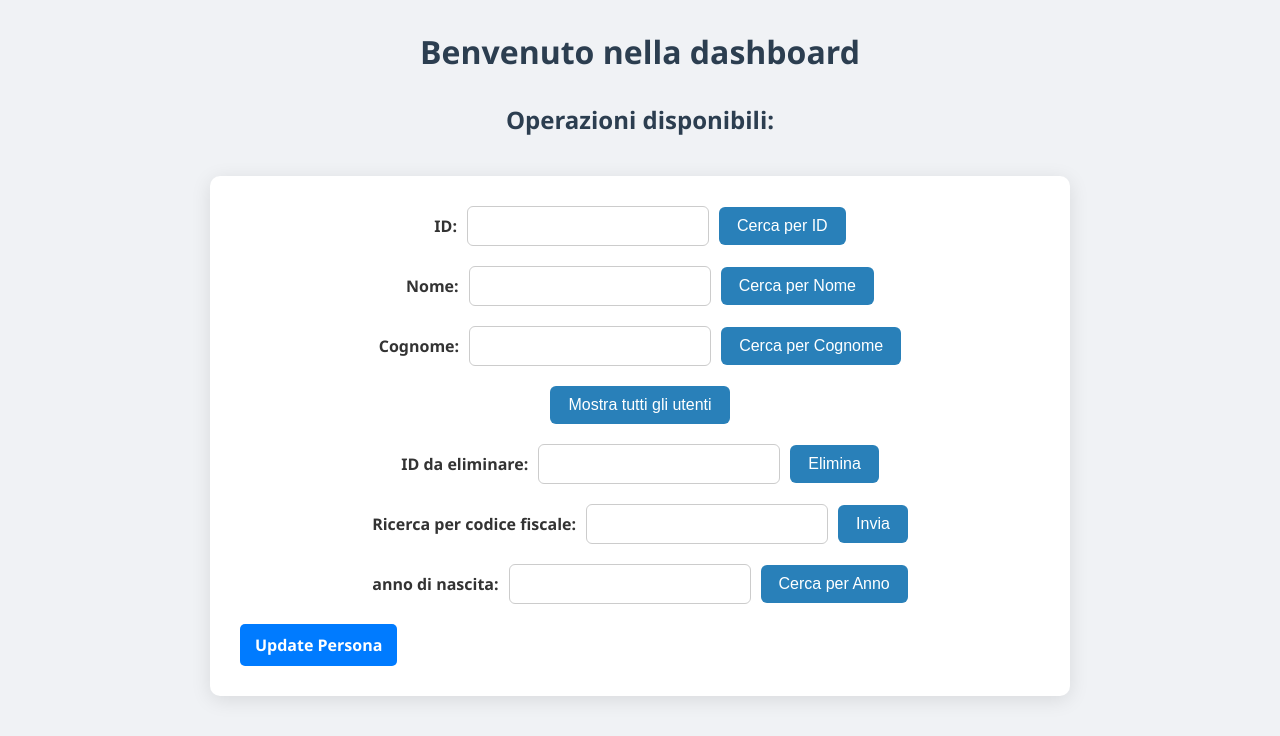
Repository: PcarloP/java_se
Page: http://localhost/anagraficaweb/dashboard.jsp
The author's editor kept a copy of each file at every save. The page is drawn from the files as they stood at one save, then again after the next save.
The browser window is 1280 px wide. The pictures show the whole page.
The page is served by Tomcat 10. Other server files are loaded and not shown.

Above is the page before, as saved 2025-06-22 19:00:10.

### anagraficaweb/WebContent/dashboard.jsp
<%@ page language="java" contentType="text/html; charset=UTF-8"%>
<!DOCTYPE html>
<html lang="it">
<head>
<meta charset="UTF-8">
<title>Dashboard</title>
<link rel="stylesheet"
	href="<%=request.getContextPath()%>/dashboard.css">
</head>

<body>
	<h1>Benvenuto nella dashboard</h1>
	<h2>Operazioni disponibili:</h2>


	<div class="forms-container">
		<!-- chiamata alla servlet del metodo  findById con metodo GET-->
		<form action="<%=request.getContextPath() + "/findById"%>"
			method="get">
			<label>ID:</label> <input type="text" name="id" required />
			<button type="submit">Cerca per ID</button>
		</form>


		<!-- chiamata alla servlet del metodo  findByNome con metodo GET-->
		<form action="<%=request.getContextPath() + "/findByNome"%>"
			method="get">
			<label>Nome:</label> <input type="text" name="nome" required />
			<button type="submit">Cerca per Nome</button>
		</form>


		<!-- chiamata alla servlet del metodo  findByCognome con metodo GET -->
		<form action="<%=request.getContextPath() + "/findByCognome"%>"
			method="get">
			<label>Cognome:</label> <input type="text" name="cognome" required />
			<button type="submit">Cerca per Cognome</button>
		</form>


		<!-- chiamata alla servlet del metodo  findAll con metodo GET-->
		<form action="<%=request.getContextPath() + "/findAll"%>" method="get">
			<button type="submit">Mostra tutti gli utenti</button>
		</form>


		<!-- chiamata alla servlet del metodo delete con metodo GET -->
		<form action="<%=request.getContextPath() + "/delete"%>" method="get">
			<label>ID da eliminare:</label> <input type="text" name="id" required />
			<button type="submit">Elimina</button>
		</form>


		<!--  chiamata alla servlet del metodo FindByCf con metodo GET-->
		<form action="<%=request.getContextPath() + "/findByCf"%>"
			method="get">
			<label> Ricerca per codice fiscale: </label> <input type="text"
				name=codicefiscale required />
			<button type="submit">Invia</button>
		</form>


        <!--  chiamata alla servlet del metodo FindByAnno con metodo GET-->
        <form action="<%=request.getContextPath() + "/findbyanno"%>"
			method="get">
			<label>anno di nascita:</label> <input type="text" name="annoNascita" required />
			<button type="submit">Cerca per Anno</button>
		</form>



<!-- Form per aggiornare una persona -->
<a href="<%=request.getContextPath()%>/updatesetter.jsp" class="button-link">Update Persona</a>










	</div>
</body>
</html>

### anagraficaweb/WebContent/dashboard.css
body {
    font-family: 'Segoe UI', Tahoma, Geneva, Verdana, sans-serif;
    background-color: #f0f2f5;
    color: #333;
    margin: 0;
    padding: 0;
}


h1, h2 {
    text-align: center;
    color: #2c3e50;
    margin-top: 30px;
}


.forms-container {
    width: 90%;
    max-width: 800px;
    margin: 40px auto;
    padding: 30px;
    background-color: #ffffff;
    border-radius: 10px;
    box-shadow: 0 4px 20px rgba(0, 0, 0, 0.1);
}


form {
    display: flex;
    flex-wrap: wrap;
    align-items: center;
    justify-content: center;
    margin-bottom: 20px;
    gap: 10px;
}

label {
    font-weight: bold;
}

input[type="text"],
input[type="number"] {
    padding: 10px;
    width: 220px;
    border: 1px solid #ccc;
    border-radius: 6px;
    font-size: 1em;
    transition: border-color 0.3s ease;
}

input[type="text"]:focus,
input[type="number"]:focus {
    border-color: #2980b9;
    outline: none;
}

button {
    padding: 10px 18px;
    background-color: #2980b9;
    color: white;
    border: none;
    border-radius: 6px;
    font-size: 1em;
    cursor: pointer;
    transition: background-color 0.3s ease;
}

button:hover {
    background-color: #1c5980;
}


.button-link {
    display: inline-block;
    padding: 10px 15px;
    background-color: #007BFF;  /* blu */
    color: white;
    text-decoration: none;
    border-radius: 5px;
    font-weight: bold;
    cursor: pointer;
}

.button-link:hover {
    background-color: #0056b3; /* blu più scuro */
}

After the next save:
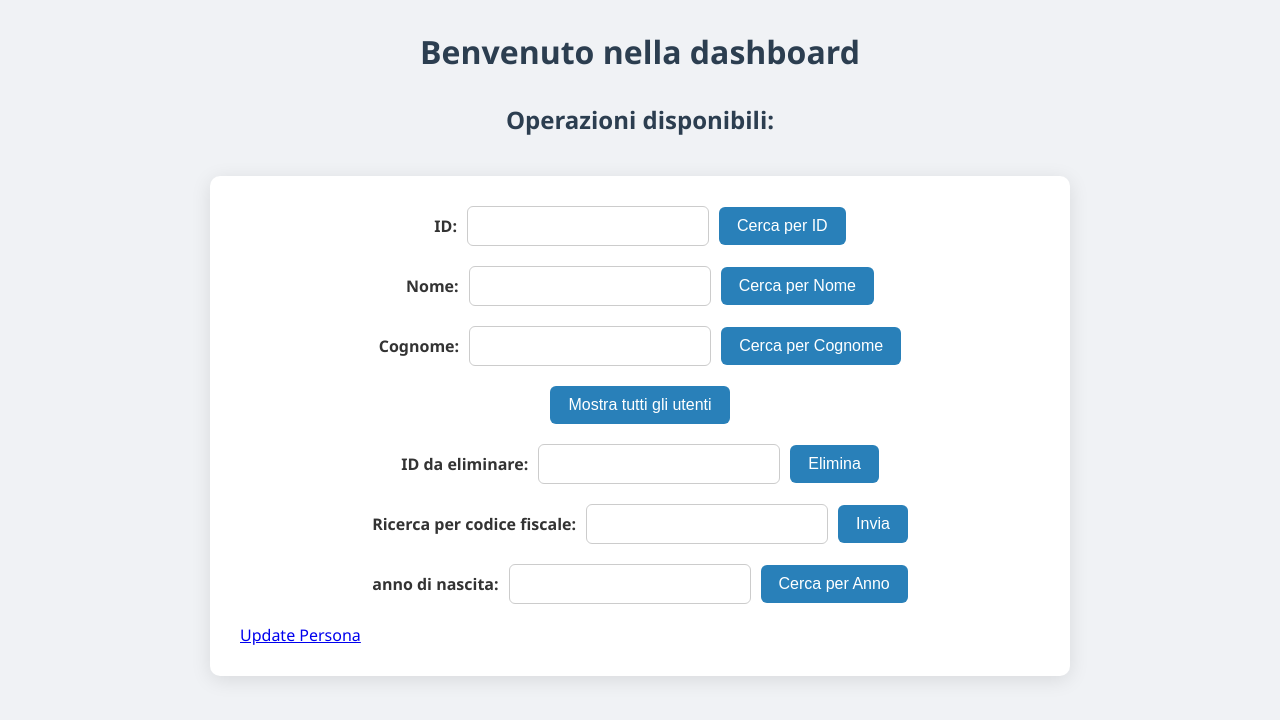
Saved 18 min 57 s later.
--- a/anagraficaweb/WebContent/dashboard.css
+++ b/anagraficaweb/WebContent/dashboard.css
@@ -68,19 +68,3 @@ button {
 button:hover {
     background-color: #1c5980;
 }
-
-
-.button-link {
-    display: inline-block;
-    padding: 10px 15px;
-    background-color: #007BFF;  /* blu */
-    color: white;
-    text-decoration: none;
-    border-radius: 5px;
-    font-weight: bold;
-    cursor: pointer;
-}
-
-.button-link:hover {
-    background-color: #0056b3; /* blu più scuro */
-}
